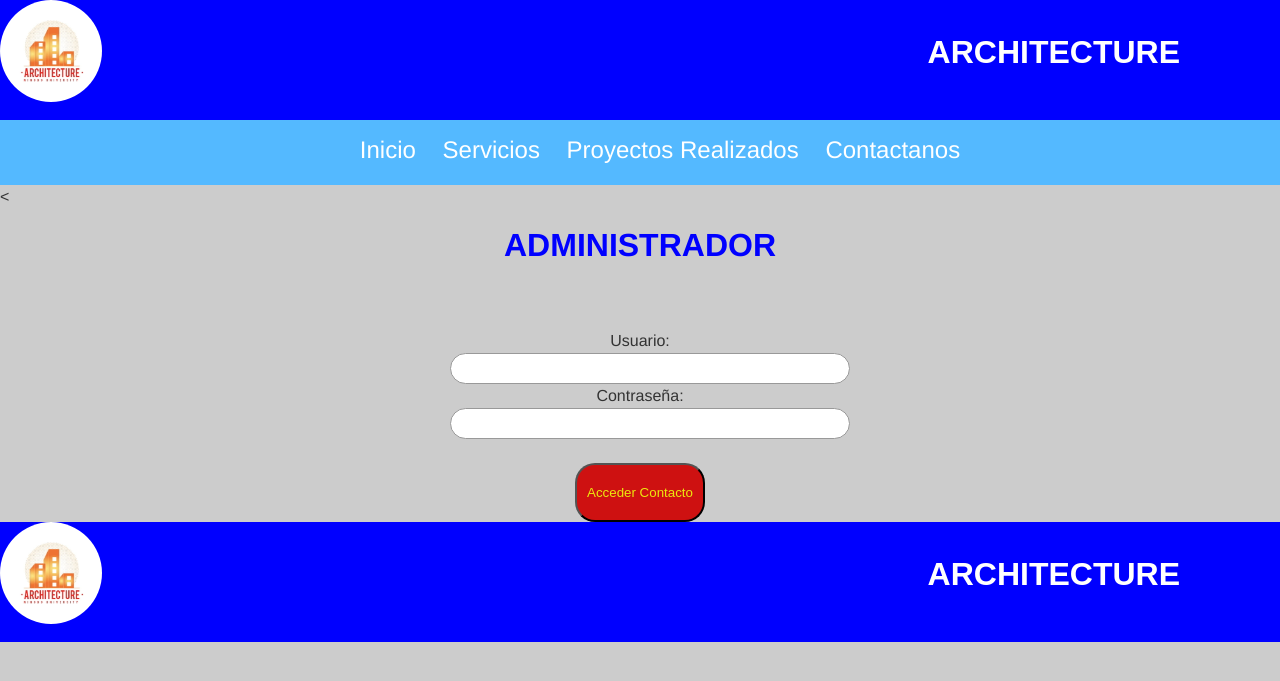
Repository: gabrielestrella18/htdocs
Page: http://localhost/arquitectos/login.php
These files come from the project's save history. The page is drawn as it stood at one moment and after the next save; the edit follows.
The browser window is 1280 px wide. The pictures show the whole page.
The page is run by PHP 8.4 with error messages shown; the project is at /var/www/html/.

Above is the page before, as saved 2023-12-10 01:09:26.

### arquitectos/login.php
<!DOCTYPE html>
<html lang="en">
  <head>
    <title></title>
    <meta charset="UTF-8">
    <meta name="viewport" content="width=device-width, initial-scale=1">
    <link href="estilo.css" rel="stylesheet">
  </head>
  <body>

<?php

include  "arriba.php"
?>

<?php
include "menu.php"
?>
<
<br><br>

<h4 class="welcome">ADMINISTRADOR</h4>

<br><br><br>
<div class="admi">
<form action="autenticar.php" method="post">
          <div class="cont"><label>Usuario:</label></div>
          <input type="text" name="usuario" id="usu" class="campos" required ><br>
          <div class="cont"><label>Contraseña:</label></div>
          <input type="password" name="contrasena" id="contra" class="campos" required >
          <br><br>
          <button class="boton2" type="submit" id="Acceder" href="inicio.php">Acceder Contacto</button>
        </form>
      </div>


<?php
include "abajo.php"
?>


  </body>
</html>

### arquitectos/arriba.php
<div class="azul">
  <img  class="lg"src="imagenes/arch.jpg" alt="">

  <h1>ARCHITECTURE</h1>
</div>

### arquitectos/menu.php
<div class="menu">
<div class="menuOpciones">
            <a href="index.php">Inicio</a>
            <a href="servicios.php">Servicios</a>
            <a href="proyectos.php">Proyectos Realizados</a>
            <a href="contactos.php">Contactanos</a>
            </div>

</div>

### arquitectos/abajo.php

<div class="azul">
  <img  class="lg"src="imagenes/arch.jpg" alt="">

  <h1>ARCHITECTURE</h1>
</div>

### arquitectos/estilo.css
* {
    box-sizing: border-box;
    margin: 0;
    padding: 0;
}

body {
    font-family: helvetica;
    font-size: 16px;
    line-height: 24px;
    color: #333;
    background-color: #cccccc;
    max-width: 1400px;
}

.azul {
    background-color: blue;
    padding-bottom: 120px;
}

.lg {
    float: left;
    width: 8%;
    height: 8%;
    border-radius: 80px;
}

h1 {
    color: white;
    float: right;
    font-family: sans-serif;
    text-align: end;
    padding-top: 40px;
    padding-right: 100px;
}

.menu {
    border: 1px #54b9ff solid;
    background-color: #54b9ff;
    height: 65px;
}

.menuOpciones {
    padding-top: 12px;
    text-align: center;
    margin-top: 5px;
    padding-left: 40px;
    font-size: x-large;
}

.menuOpciones a {
    text-decoration: none;
    color: white;
    padding: 10px;
}

.menuOpciones a:hover {
    color: #373b39;
    background-color: #0afc83;
    padding-top: 16px;
    padding-bottom: 21px;
}

.contenedor_fondo {
    width: 1350px;
    height: 600px;
    margin: auto;
    background-image: url(imagenes/fondoarq.jpg);
    background-repeat: no-repeat;
    background-size: cover;
}

.textofoto {
    color: rgb(7, 2, 2);
    margin: auto;
    text-align: center;
    line-height: 35px;
    padding-top: 200px;
    font-size: x-large;
}

.video {
    text-align: center;
    background-color: #373b39;
    border-radius: 100px;
    width: 700px;
    margin: auto;
    padding-top: 40px;
    padding-bottom: 40px;
}

.botoncito {
    text-align: center;
}

.boton1 {
    color: #ece80f;
    background-color: #ce1111;
    padding-top: 20px;
    padding-bottom: 20px;
    padding-left: 10px;
    padding-right: 10px;
    border-radius: 20px;
    text-decoration: none;
}

h3 {
    text-align: center;
}

.serv {
    background-color: #ece80f;
    padding-top: 20px;
    padding-bottom: 20px;
    padding-left: 10px;
    padding-right: 10px;
    border-radius: 20px;
}

.ser {
    padding-left: 450px;
    padding-right: 450px;
}

p {
    font-weight: 400px;
    font-size: xx-large;
}

.text {
    text-align: center;
}

.caja1 {
    float: left;
    padding-left: 150px;
    padding-top: 60px;
}

.caja2 {
    float: right
}

.plan {
    width: 70%;
    height: 70%;
}

.rojo {
    color: rgb(255, 0, 0);
    font-weight: 800;
}

.text {
    color: black;
    font-size: large;
}

.caja3 {
    float: right;
    padding-right: 200px;
    padding-top: 120px;
}

.caja4 {
    float: left;
}

.co {
    padding-left: 100px;
    width: 600px;
    height: 320px;
}

.caja5 {
    float: left;
    padding-left: 150px;
    padding-top: 60px;
}

.caja6 {
    float: right;
    padding-right: 200px;
}

.re {
    width: 450px;
    height: 300px;
}

.display {
    display: inline-block;
    width: 1350px;
}

.mira {
    text-align: center;
    display: inline-block;
    width: 700px;
}

.ubica {
    display: inline-block;
    width: 600px;
    text-align: center;
    padding-left: 150px;
}

.ubi {
    width: 600px;
    height: 300px;
}

.boton2 {
    color: #ece80f;
    background-color: #ce1111;
    padding-top: 20px;
    padding-bottom: 20px;
    padding-left: 10px;
    padding-right: 10px;
    border-radius: 20px;
    text-decoration: none;
}

.rapi {
    color: rgb(243, 243, 248);
    font-family: 'Franklin Gothic Medium';
    font-size: large;
    background-color: rgb(68, 67, 66);
    border-radius: 20px;
    padding-top: 10px;
    padding-bottom: 10px;
    display: inline-block;
    padding-left: 10px;
    padding-right: 10px;
}

.cuadrado {
    border: 4px #eaeaea solid;
    background-color: #eaeaea;
    padding: 6px 50px;
}

.campos {
    border-radius: 20px;
    border: 1px #999 solid;
    padding: 7px;
    width: 400px;
    /* para que se separen */
    margin-left: 20px;
}

.boton3 {
    padding: 5px 10px;
    margin-left: 35px;
    color: #f0dbdb;
    background-color: #ff5454;
    border-radius: 20px;
    padding-top: 18px;
    padding-bottom: 18px;
    padding-left: 20px;
    padding-right: 20px;
}

.boton3:hover {
    background-color: #38065a;
    color: white;
}

.boton4 {
    padding: 5px 10px;
    background-color: aqua;
    border-radius: 20px;
    padding-top: 18px;
    padding-bottom: 18px;
    padding-left: 20px;
    padding-right: 20px;
}

.boton4:hover {
    background-color: #aaff0b;
    color: white;
}

.centro {
    text-align: center;
}

.contenedor2 {
    width: 1350px;
    height: 700px;
    margin: auto;
    background-image: url(imagenes/muchos.gif);
    background-repeat: no-repeat;
    background-size: cover;
}

h4 {
    color: blue;
    text-align: center;
    font-size: xx-large;
}

.admi {
    text-align: center;
}

After the next save:
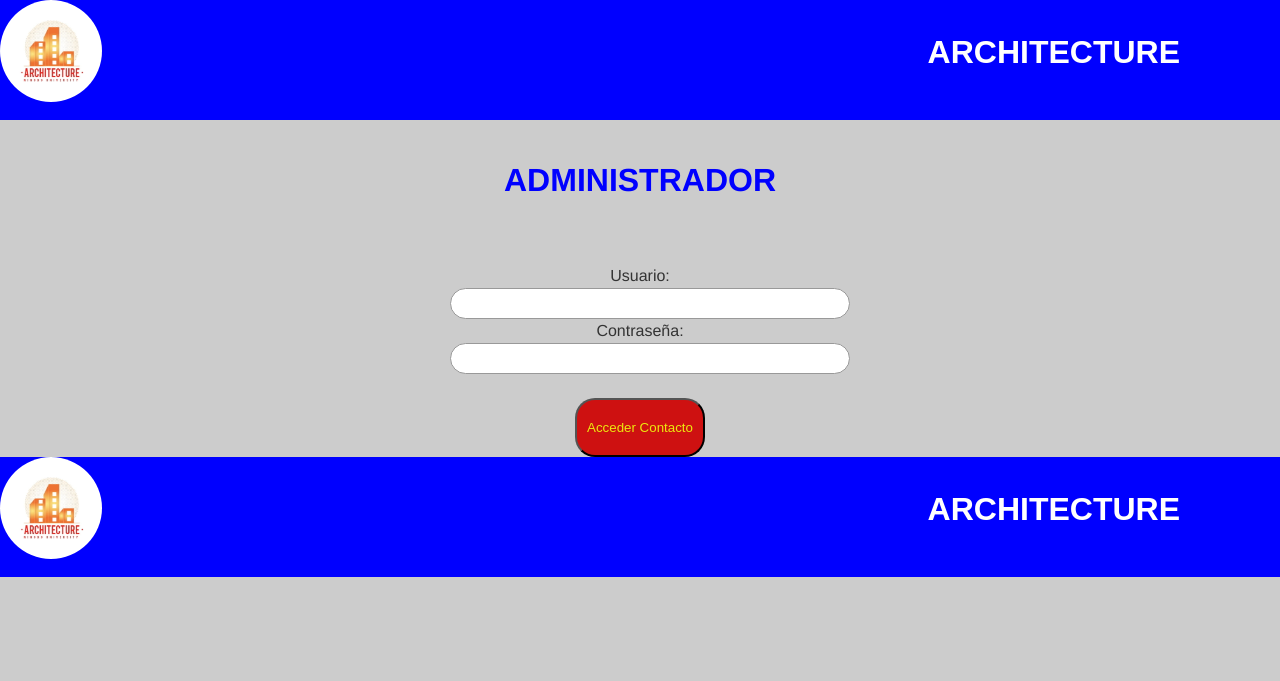
Saved 31 s later.
--- a/arquitectos/login.php
+++ b/arquitectos/login.php
@@ -13,10 +13,7 @@
 include  "arriba.php"
 ?>
 
-<?php
-include "menu.php"
-?>
-<
+
 <br><br>
 
 <h4 class="welcome">ADMINISTRADOR</h4>

After the save that followed:
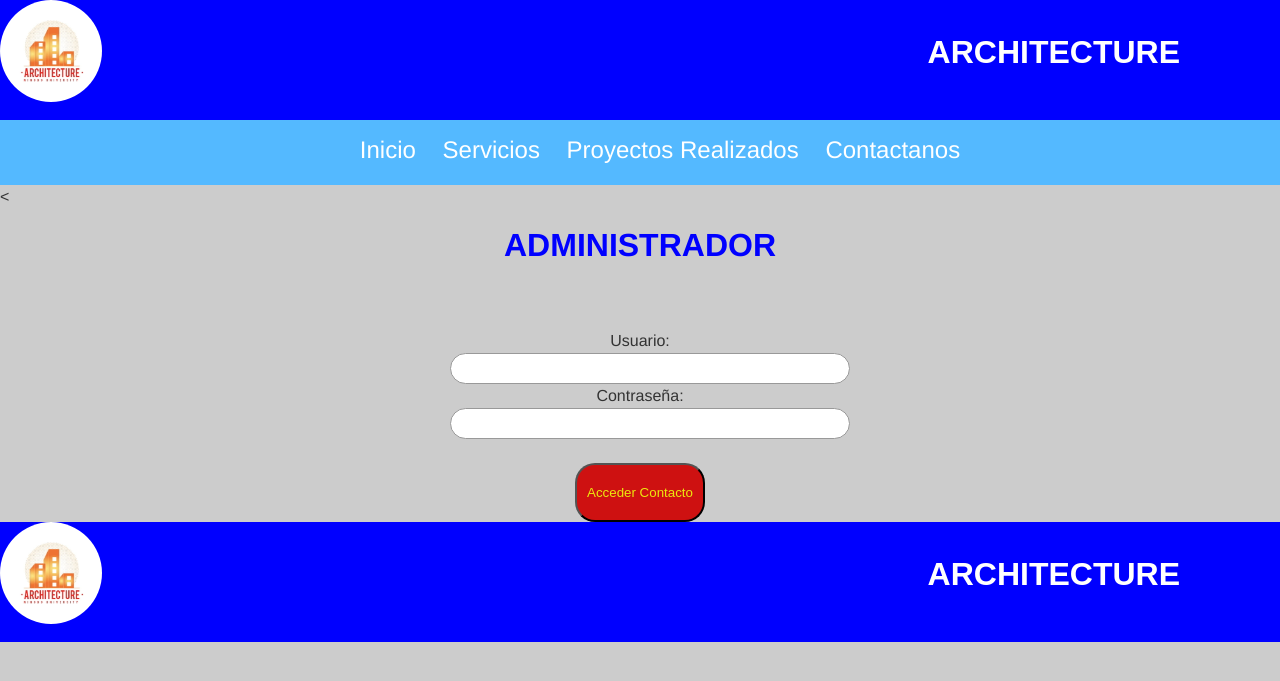
Saved 8 s later.
--- a/arquitectos/login.php
+++ b/arquitectos/login.php
@@ -13,7 +13,10 @@
 include  "arriba.php"
 ?>
 
-
+<?php
+include "menu.php"
+?>
+<
 <br><br>
 
 <h4 class="welcome">ADMINISTRADOR</h4>
